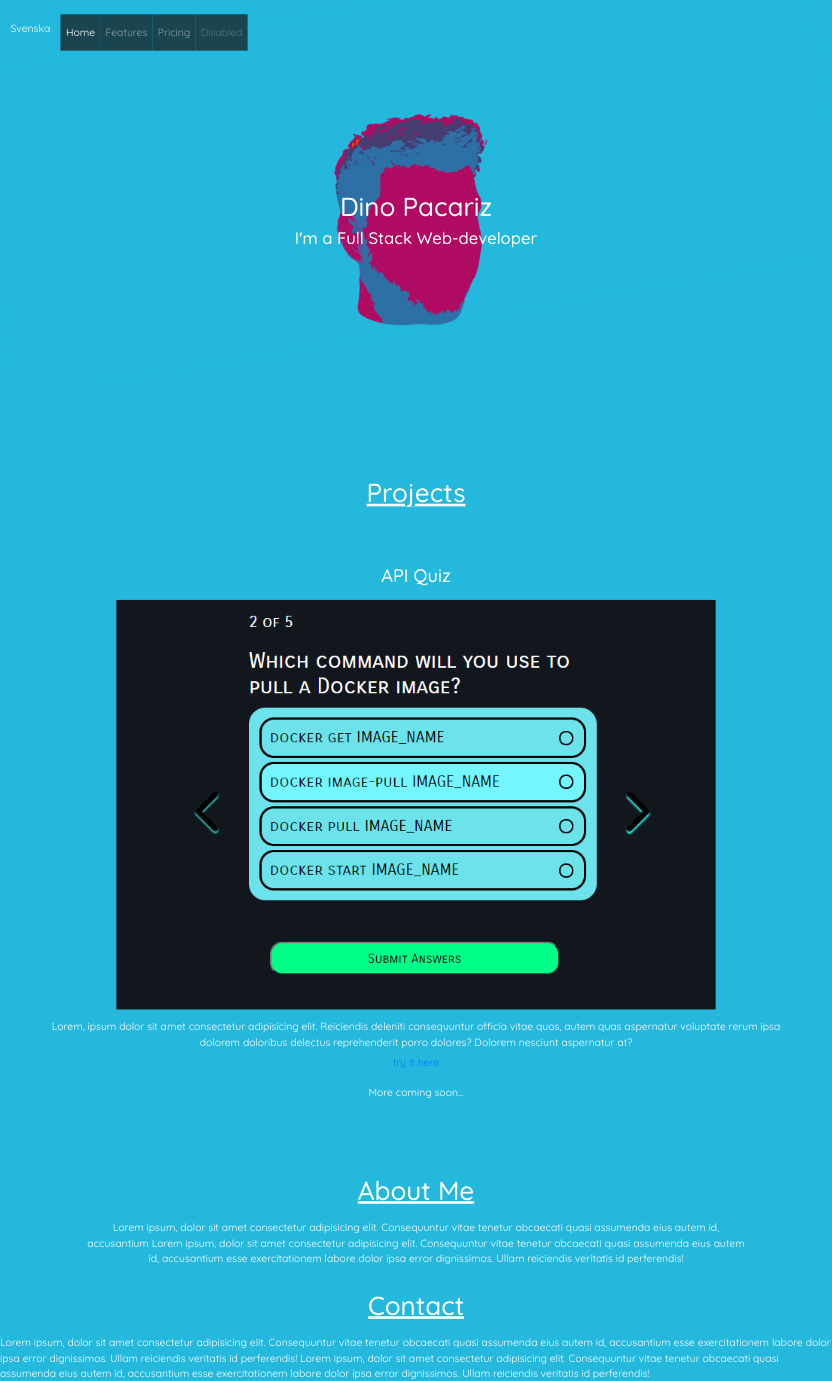
Repository: ImDino/Portfolio
Page: index.html
The author's editor kept a copy of each file at every save. The page is drawn from the files as they stood at one save, then again after the next save.
The browser window is 1280 px wide. The pictures show the whole page, at 65% of full size.
Some web libraries are served in a nearby version. The style sheet was rebuilt from its Sass, Less or Tailwind sources for each picture, by a compiler version that may differ from the author's.

Above is the page before, as saved 2020-11-06 14:52:01.

After the next save:
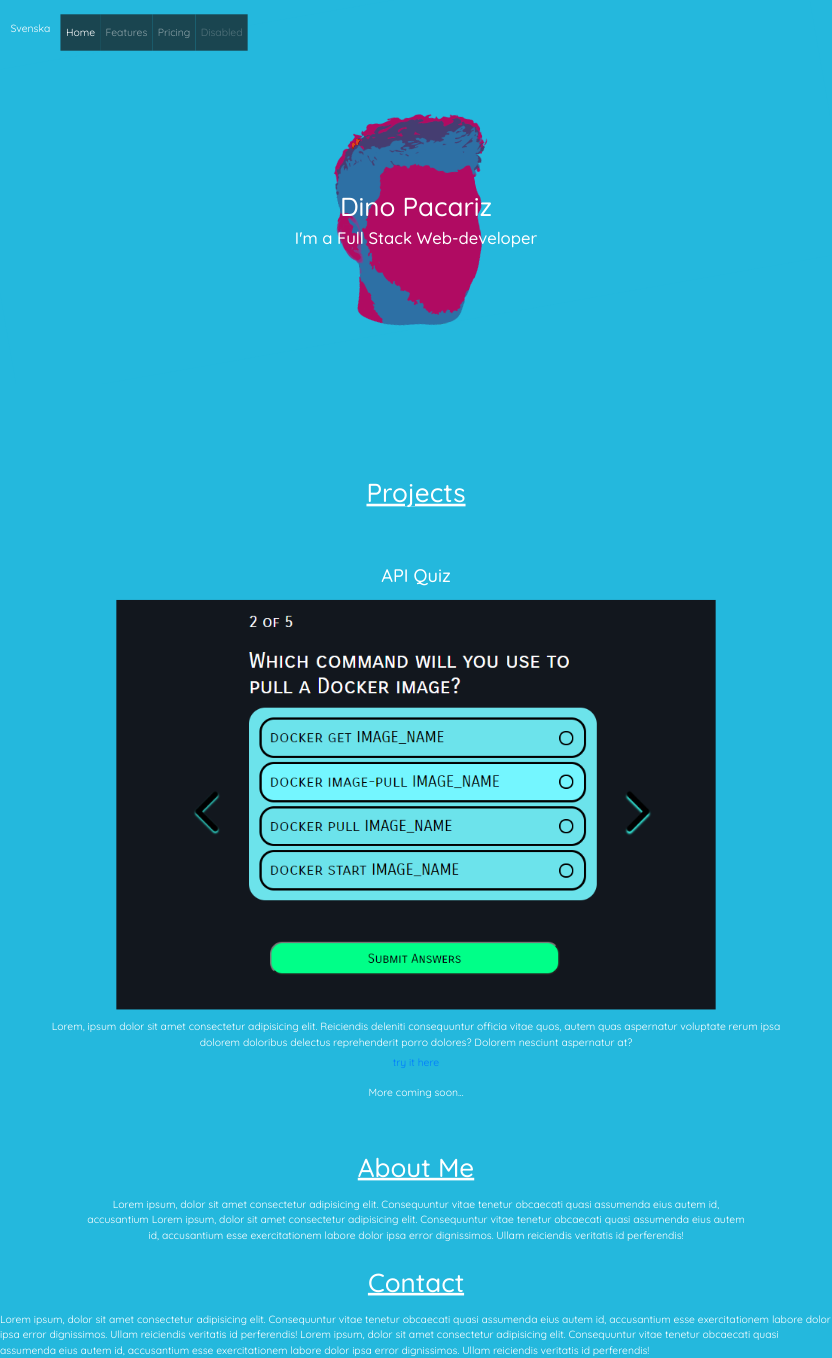
Saved 9 s later.
--- a/scss/main.scss
+++ b/scss/main.scss
@@ -213,7 +213,7 @@ body {
 }
 
 #about-page {
-    margin-top: 10vh;
+    margin-top: 5vh;
     display: flex;
     flex-direction: column;
     align-items: center;
